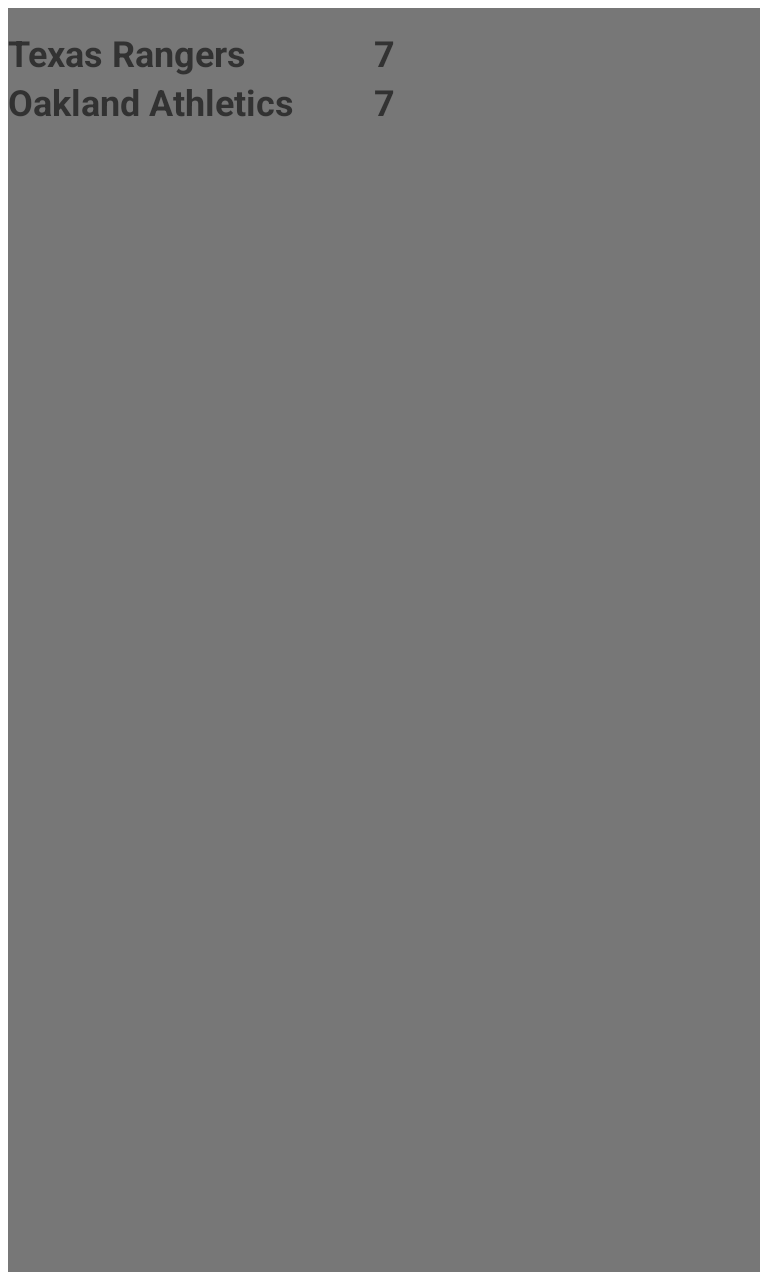
Repository: jemcphe/MDF3
Layout: Week3 Widget/TeamWidget/res/layout/widget_layout.xml
These files come from the project's save history. The layout is drawn as it stood at one moment and after the next save; the edit follows.
It is drawn on a 768 x 1280 px phone screen (xhdpi) without system bars, with theme AppTheme; the app's code is not run.

Above is the layout before, as saved 2013-07-26 02:53:16.

After the next save:
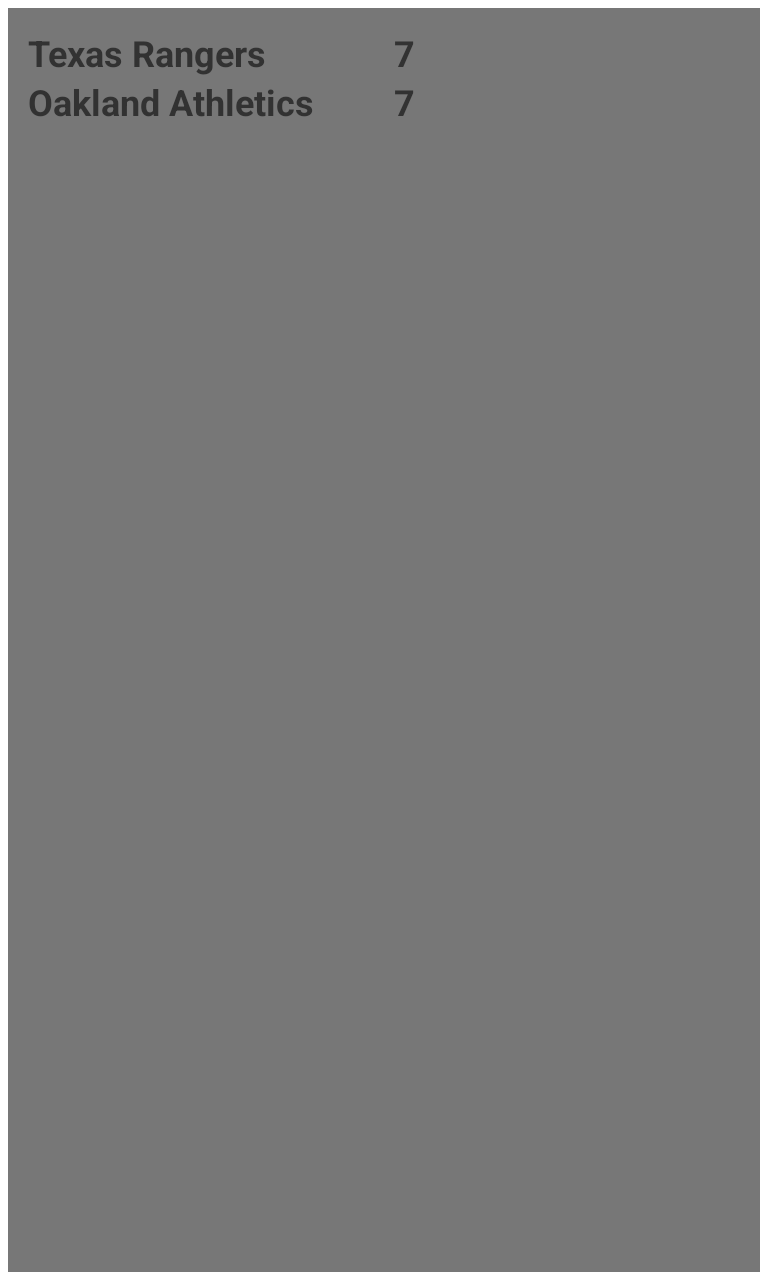
Saved 34 s later.
--- a/Week3 Widget/TeamWidget/res/layout/widget_layout.xml
+++ b/Week3 Widget/TeamWidget/res/layout/widget_layout.xml
@@ -11,7 +11,7 @@
             android:layout_height="match_parent"
             android:columnCount="2"
             android:background="#777777"
-            android:paddingTop="10dp" >
+            android:padding="10dp" >
 
         <TextView
 	        android:id="@+id/team1"
